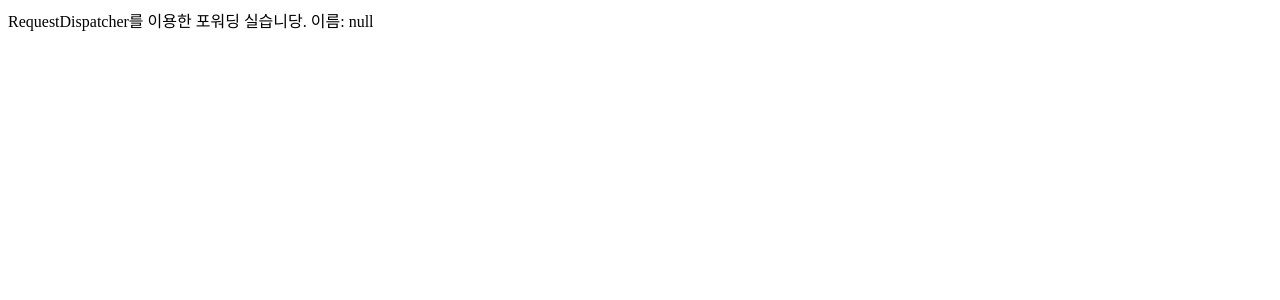
Repository: yoo3113/space_jspworks
Page: http://localhost/jweb01/dispatch/second
These files come from the project's save history. The page is drawn as it stood at one moment and after the next save; the edit follows.
The browser window is 1280 px wide. The pictures show the whole page.
The page is served by Tomcat 10.

Above is the page before, as saved 2025-10-14 03:13:32.

After the next save:
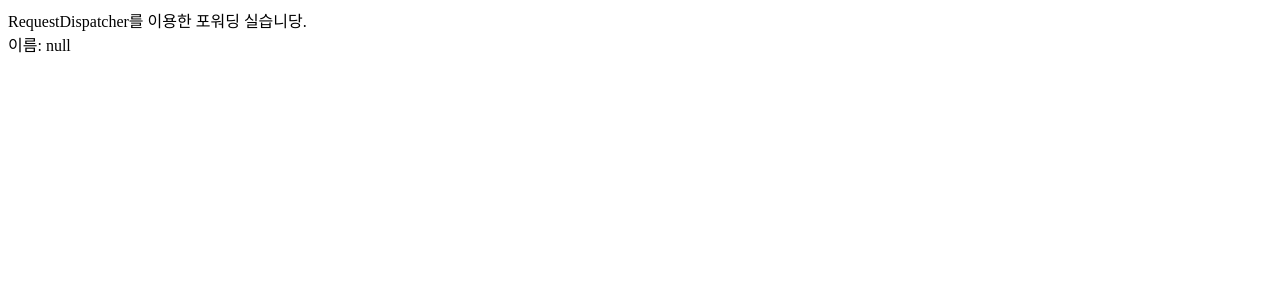
Saved 2 min 35 s later.
--- a/jweb01/src/main/java/forward/dispatch/SecondServlet2.java
+++ b/jweb01/src/main/java/forward/dispatch/SecondServlet2.java
@@ -26,6 +26,7 @@ public class SecondServlet2 extends HttpServlet {
 
 		out.println("<html><body>");
 		out.println("RequestDispatcher를 이용한 포워딩 실습니당.");
+		out.println("<br>");
 		out.println("이름: " + name + "<br>");
 		out.println("</body></html>");
 	}
